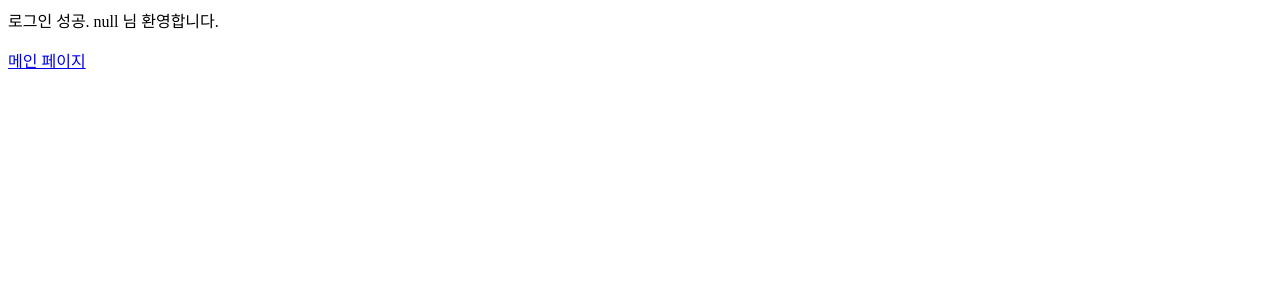
Repository: fellownew/web_workspace
Page: http://localhost/BankSystem/confirm/login_success.jsp
An editor plug-in stored every save of this project. The page is shown before and after the next save, followed by the edit.
The browser window is 1280 px wide. The pictures show the whole page.
The page is served by Tomcat 9. Nobody is signed in. The application's start-up code is not run.

Above is the page before, as saved 2015-03-26 10:40:15.

After the next save:
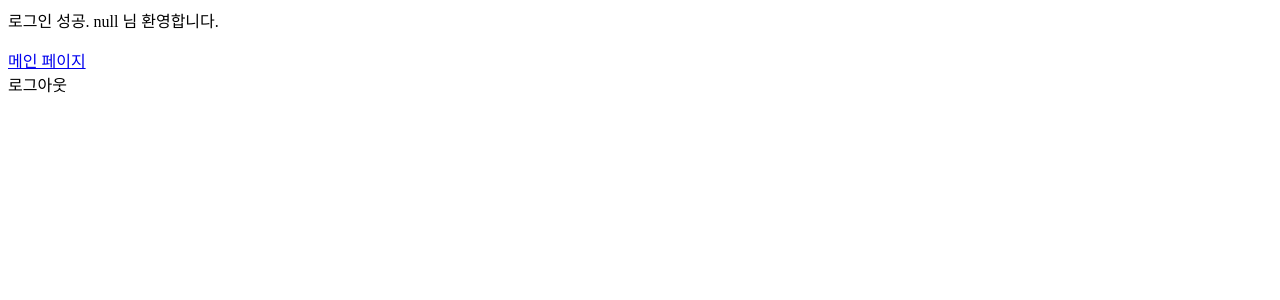
Saved 67 s later.
--- a/BankSystem/WebContent/confirm/login_success.jsp
+++ b/BankSystem/WebContent/confirm/login_success.jsp
@@ -12,6 +12,7 @@
 </head>
 <body>
 로그인 성공. <%=loginId %> 님 환영합니다.<p>
-<a href="/BankSystem/bank/main">메인 페이지</a>
+<a href="/BankSystem/confirm/main">메인 페이지</a><br/>
+<a htrf="/BankSystem/confirm/logout">로그아웃</a>
 </body>
 </html>
